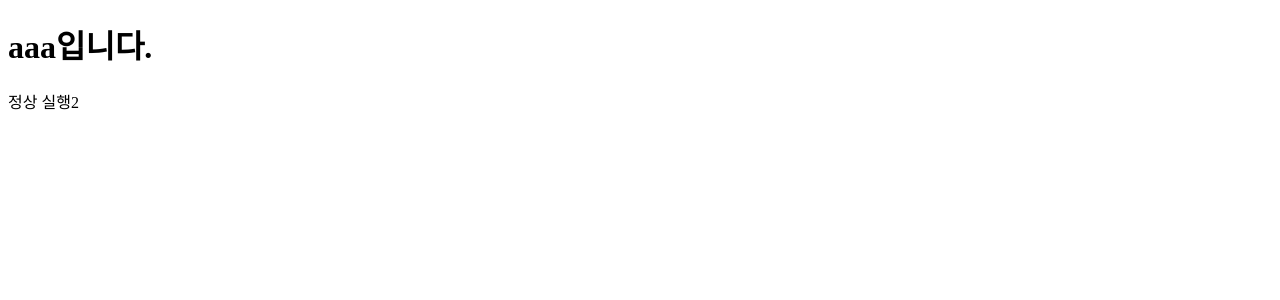
Repository: hjh5217/newJSP
Page: http://localhost/jspProj/err/aaa.jsp
An editor plug-in stored every save of this project. The page is shown before and after a run of saves, followed by the edit.
The browser window is 1280 px wide. The pictures show the whole page.
The page is served by Tomcat 9. Nobody is signed in. The application's start-up code is not run. Other server files are loaded and not shown.

Above is the page before, as saved 2023-07-26 01:05:59.

### jspProj/src/main/webapp/err/aaa.jsp
<%@ page language="java" contentType="text/html; charset=UTF-8"
    pageEncoding="UTF-8"%>
<!DOCTYPE html>
<html>
<head>
<meta charset="UTF-8">
<title>aaa</title>
</head>
<body>
<h1>aaa입니다.</h1>
<%
	int a = 10/5;
	out.println("정상 실행"+a);
%>
</body>
</html>

After the next 3 saves:
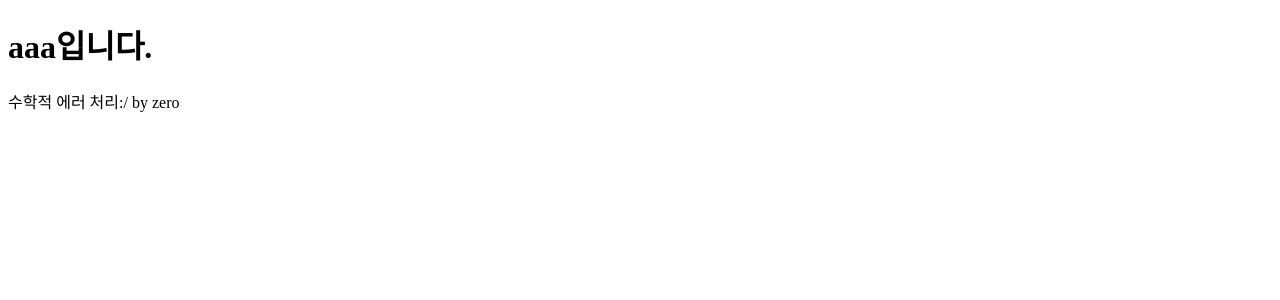
The 3 saves are shown as one change because 2 did not build or start.
The last was saved 109 s later.
--- a/jspProj/src/main/webapp/err/aaa.jsp
+++ b/jspProj/src/main/webapp/err/aaa.jsp
@@ -9,8 +9,12 @@
 <body>
 <h1>aaa입니다.</h1>
 <%
-	int a = 10/5;
+try{
+	int a = 10/0;
 	out.println("정상 실행"+a);
+}catch(Exception e){
+	out.println("수학적 에러 처리:"+ e.getMessage());
+}
 %>
 </body>
 </html>
